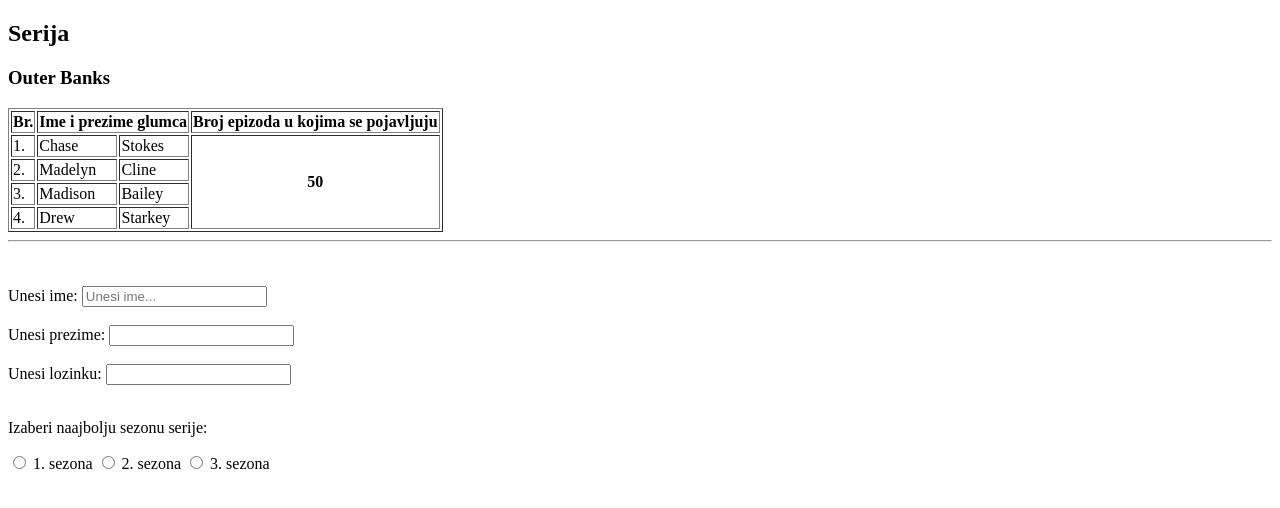
Repository: larabiondic/wp_biondic_lara
Page: Domace zadace/Zadaća.2.html
These files come from the project's save history. The page is drawn as it stood at one moment and after the next save; the edit follows.
The browser window is 1280 px wide. The pictures show the whole page.

Above is the page before, as saved 2025-11-03 20:36:34.

### Domace zadace/Zadaća.2.html
<!DOCTYPE html>
<html lang="en">
<head>
    <meta name="viewport" content="width=device-width, initial-scale=1.0">
    <meta name="description" content="Zadaća 2.">
    <meta name="keywords" content="HTML, CSS, JavaScript">
    <meta name="author" content="Lara Biondić">
    <title>Zadaća 2.</title>
</head>
<body>
    <h2>Serija</h2>
    <h3>Outer Banks</h3>
    <table border="1">
        <tr>
            <th>Br.</th>
            <th colspan="2">Ime i prezime glumca</th>
            <th>Broj epizoda u kojima se pojavljuju</th>
        </tr>
        <tr>
            <td>1.</td>
            <td>Chase</td>
            <td>Stokes</td>
            <th rowspan="4">50</th>
        </tr>
        <tr>
            <td>2.</td>
            <td>Madelyn</td>
            <td>Cline</td>

        </tr>
        <tr>
            <td>3.</td>
            <td>Madison</td>
            <td>Bailey</td>

        </tr>
        <tr>
            <td>4.</td>
            <td>Drew</td>
            <td>Starkey</td>

        </tr>

    </table>
    <hr>
    <br><br>
    <form action="#" method="get">
        <label for="ime">Unesi ime:</label>
        <input type="text" id="Ime" placeholder="Unesi ime...">
        <br>
        <br>
        <label for="prezime">Unesi prezime:</label>
        <input type="text" id="prezime">
        <br>
        <br>
        <label for="pass">Unesi lozinku:</label>
        <input type="password" name="pass" id="pass" required>
        <br>
        <br>
        <p>Izaberi naajbolju sezonu serije:</p>
        <input type="radio" name="sezona" id="1.sezona">
        <label for="1.sezona">1. sezona</label>
        <input type="radio" name="sezona" id="2.sezona">
        <label for="2.sezona">2. sezona</label>
        <input type="radio" name="sezona" id="3.sezona">
        <label for="3.sezona">3. sezona</label>
        <br>
    </form>
</body>
</html>

After the next save:
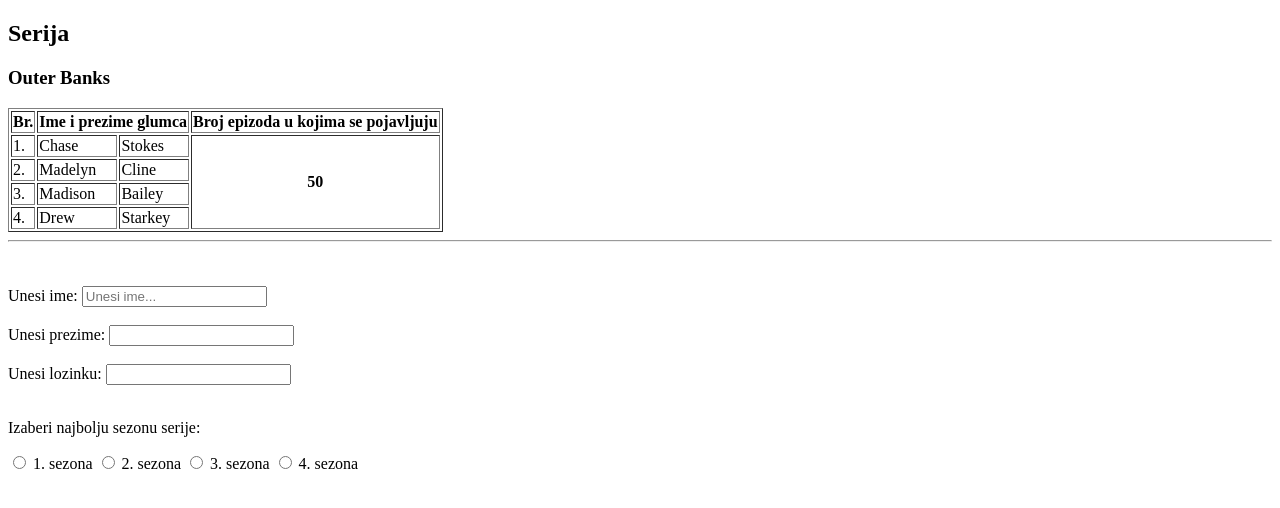
Saved 2 min 12 s later.
--- a/Domace zadace/Zadaća.2.html
+++ b/Domace zadace/Zadaća.2.html
@@ -57,13 +57,16 @@
         <input type="password" name="pass" id="pass" required>
         <br>
         <br>
-        <p>Izaberi naajbolju sezonu serije:</p>
+        <p>Izaberi najbolju sezonu serije:</p>
         <input type="radio" name="sezona" id="1.sezona">
         <label for="1.sezona">1. sezona</label>
         <input type="radio" name="sezona" id="2.sezona">
         <label for="2.sezona">2. sezona</label>
         <input type="radio" name="sezona" id="3.sezona">
         <label for="3.sezona">3. sezona</label>
+        <input type="radio" name="sezona" id="4.sezona">
+        <label for="4.sezona">4. sezona</label>
+
         <br>
     </form>
 </body>
